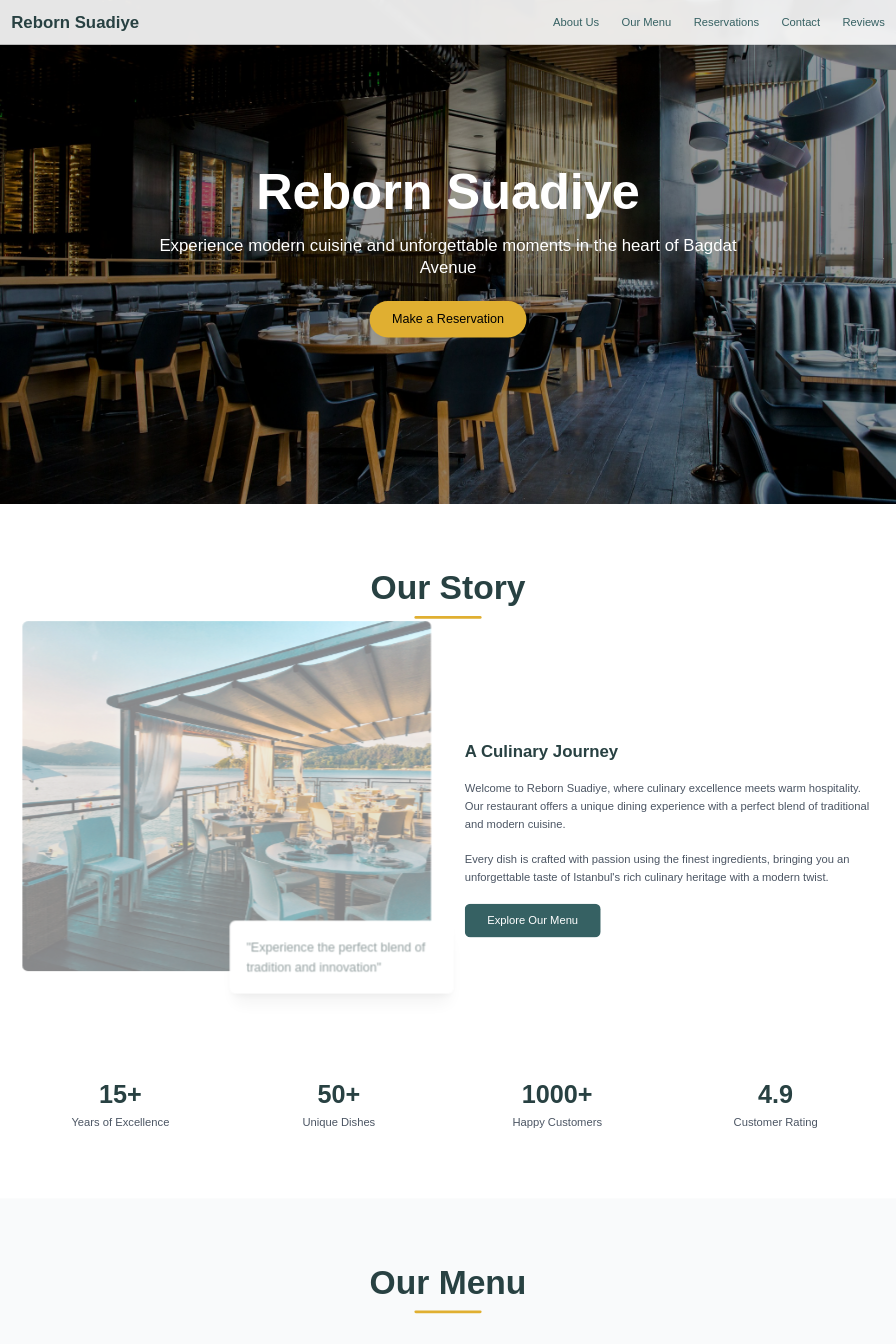
Repository: burakdemirrr/restaurant-website
Page: /
An editor plug-in stored every save of this project. The page is shown before and after the next save, followed by the edit.
The browser window is 1280 px wide. The pictures show the part of the page from y = 0 to 1920 px (the page is 7717 px tall), at 70% of full size.
The page's requests for data from a server got no answer. The project was rebuilt for these pictures with package versions that can differ from the ones it lists, and the page was loaded fresh each time. The framework's server and built-in components were replaced by stand-ins that run in the browser. No one was signed in, and anything a server would have sent is missing. Also part of the build but not shown: next.config.ts.

Above is the page before, as saved 2025-01-06 15:38:22.

### src/app/layout.tsx
import './globals.css'
import { Cormorant_Garamond } from 'next/font/google'
import MobileNav from '@/components/MobileNav'

const cormorantGaramond = Cormorant_Garamond({
  subsets: ['latin'],
  weight: ['400', '500', '600', '700'],
  display: 'swap',
  variable: '--font-cormorant',
})

export const metadata = {
  title: 'Reborn Suadiye - Modern Restaurant & Cafe',
  description: 'Experience modern cuisine and unforgettable moments in the heart of Bagdat Avenue',
}

export default function RootLayout({
  children,
}: {
  children: React.ReactNode
}) {
  return (
    <html lang="en" className={cormorantGaramond.variable}>
      <body className="bg-white">
        <header className="fixed w-full z-50 bg-white/90 backdrop-blur-sm shadow-sm">
          <div className="container mx-auto px-4">
            <div className="flex items-center justify-between h-16">
              <a href="/" className="text-2xl font-display font-bold text-primary-800">
                Reborn Suadiye
              </a>

              <MobileNav />

              <nav className="hidden sm:flex items-center space-x-8">
                <a href="#about" className="text-primary-600 hover:text-primary-800 transition-colors">
                  About Us
                </a>
                <a href="#menu" className="text-primary-600 hover:text-primary-800 transition-colors">
                  Our Menu
                </a>
                <a href="#reservations" className="text-primary-600 hover:text-primary-800 transition-colors">
                  Reservations
                </a>
                <a href="#contact" className="text-primary-600 hover:text-primary-800 transition-colors">
                  Contact
                </a>
                <a href="#reviews" className="text-primary-600 hover:text-primary-800 transition-colors">
                  Reviews
                </a>
              </nav>
            </div>
          </div>
        </header>

        <main>{children}</main>

        <footer className="bg-primary-900 text-white py-12">
          <div className="container mx-auto px-4">
            <div className="grid grid-cols-1 md:grid-cols-3 gap-8">
              <div>
                <h3 className="text-xl font-display font-semibold mb-4">Visit Us</h3>
                <p className="text-gray-300">Bagdat Avenue, Suadiye</p>
                <p className="text-gray-300">Istanbul, Turkey</p>
              </div>
              <div>
                <h3 className="text-xl font-display font-semibold mb-4">Hours</h3>
                <p className="text-gray-300">Monday - Sunday</p>
                <p className="text-gray-300">9:00 AM - 11:00 PM</p>
              </div>
              <div>
                <h3 className="text-xl font-display font-semibold mb-4">Contact</h3>
                <p className="text-gray-300">Phone: +90 216 XXX XX XX</p>
                <a
                  href="https://instagram.com/reborn.suadiye"
                  target="_blank"
                  rel="noopener noreferrer"
                  className="text-gray-300 hover:text-gold-400 transition-colors"
                >
                  Follow us on Instagram
                </a>
              </div>
            </div>
            <div className="mt-8 pt-8 border-t border-primary-800 text-center text-gray-400">
              <p>&copy; {new Date().getFullYear()} Reborn Suadiye. All rights reserved.</p>
            </div>
          </div>
        </footer>
      </body>
    </html>
  )
}

### src/components/MobileNav.tsx
'use client'

import React, { useState } from 'react'
import { FaBars, FaTimes } from 'react-icons/fa'

export default function MobileNav() {
  const [isOpen, setIsOpen] = useState(false)

  const toggleMenu = () => {
    setIsOpen(!isOpen)
  }

  return (
    <div className="sm:hidden">
      <button
        onClick={toggleMenu}
        className="p-2 text-primary-600 hover:text-primary-800 transition-colors focus:outline-none"
        aria-label="Toggle menu"
      >
        {isOpen ? <FaTimes size={24} /> : <FaBars size={24} />}
      </button>

      {isOpen && (
        <div className="fixed inset-0 z-50 bg-white">
          <div className="flex flex-col h-full">
            <div className="flex justify-between items-center p-4 border-b border-gray-100">
              <span className="text-2xl font-display font-bold text-primary-800">
                Reborn Suadiye
              </span>
              <button
                onClick={toggleMenu}
                className="p-2 text-primary-600 hover:text-primary-800 transition-colors focus:outline-none"
                aria-label="Close menu"
              >
                <FaTimes size={24} />
              </button>
            </div>

            <nav className="flex-1 px-4 py-8">
              <div className="flex flex-col space-y-6">
                <a
                  href="#about"
                  className="text-lg text-primary-600 hover:text-primary-800 transition-colors animate-slide-up"
                  style={{ animationDelay: '0.1s' }}
                  onClick={toggleMenu}
                >
                  About Us
                </a>
                <a
                  href="#menu"
                  className="text-lg text-primary-600 hover:text-primary-800 transition-colors animate-slide-up"
                  style={{ animationDelay: '0.2s' }}
                  onClick={toggleMenu}
                >
                  Our Menu
                </a>
                <a
                  href="#reservations"
                  className="text-lg text-primary-600 hover:text-primary-800 transition-colors animate-slide-up"
                  style={{ animationDelay: '0.3s' }}
                  onClick={toggleMenu}
                >
                  Reservations
                </a>
                <a
                  href="#contact"
                  className="text-lg text-primary-600 hover:text-primary-800 transition-colors animate-slide-up"
                  style={{ animationDelay: '0.4s' }}
                  onClick={toggleMenu}
                >
                  Contact
                </a>
                <a
                  href="#reviews"
                  className="text-lg text-primary-600 hover:text-primary-800 transition-colors animate-slide-up"
                  style={{ animationDelay: '0.5s' }}
                  onClick={toggleMenu}
                >
                  Reviews
                </a>
              </div>
            </nav>

            <div className="p-4 border-t border-gray-100 animate-slide-up" style={{ animationDelay: '0.6s' }}>
              <a
                href="https://instagram.com/reborn.suadiye"
                target="_blank"
                rel="noopener noreferrer"
                className="flex items-center justify-center space-x-2 text-primary-600 hover:text-primary-800 transition-colors"
                onClick={toggleMenu}
              >
                <span>Follow us on Instagram</span>
              </a>
            </div>
          </div>
        </div>
      )}
    </div>
  )
}

### src/components/Hero.tsx
'use client'

import { motion } from 'framer-motion'
import Image from 'next/image'

export default function Hero() {
  return (
    <section className="relative h-screen w-full overflow-hidden">
      {/* Background Image */}
      <div className="absolute inset-0">
        <Image
          src="/images/hero-bg.jpg"
          alt="Reborn Suadiye Restaurant"
          fill
          className="object-cover brightness-[0.85]"
          priority
        />
      </div>

      {/* Content Overlay */}
      <div className="absolute inset-0 bg-black/30">
        <div className="container mx-auto h-full flex flex-col justify-center items-center text-center px-4">
          <motion.div
            initial={{ opacity: 0, y: 20 }}
            animate={{ opacity: 1, y: 0 }}
            transition={{ duration: 0.8, ease: "easeOut" }}
            className="text-white max-w-4xl"
          >
            <h1 className="text-5xl md:text-7xl font-display font-semibold mb-6">
              Reborn Suadiye
            </h1>
            <p className="text-xl md:text-2xl font-light mb-8 leading-relaxed">
              Experience modern cuisine and unforgettable moments in the heart of Bagdat Avenue
            </p>
            <motion.a
              href="#reservation"
              initial={{ opacity: 0 }}
              animate={{ opacity: 1 }}
              transition={{ delay: 0.5, duration: 0.5 }}
              className="inline-block bg-gold-400 text-black px-8 py-3 rounded-full text-lg font-medium hover:bg-gold-300 transition-colors duration-300"
            >
              Make a Reservation
            </motion.a>
          </motion.div>
        </div>
      </div>
    </section>
  )
}

### src/components/GoogleReviews.tsx
import React from 'react'
import { FaStar, FaStarHalf } from 'react-icons/fa'

interface Review {
  id: number
  author: string
  rating: number
  text: string
  date: string
}

const reviews: Review[] = [
  {
    id: 1,
    author: 'Mehmet Y.',
    rating: 5,
    text: 'Bağdat Caddesinin en güzel mekanlarından biri. Kahvaltısı özellikle muhteşem, her şey çok taze ve lezzetli. Serpme kahvaltıda sunulan reçeller ev yapımı. Personel çok ilgili ve güler yüzlü.',
    date: '2024-01-15'
  },
  {
    id: 2,
    author: 'Ayşe K.',
    rating: 5,
    text: 'San Sebastian cheesecake için bile gidilir! Brunch menüsü çok zengin, özellikle avokado toast favorim. Manzara ve ambiyans harika, rezervasyon yaptırmayı unutmayın.',
    date: '2024-01-10'
  },
  {
    id: 3,
    author: 'Can S.',
    rating: 5,
    text: 'Akşam yemeği için tercih ettik ve çok memnun kaldık. Izgara levrek ve risotto muhteşemdi. Tatlılar da bir o kadar başarılı. Kesinlikle tekrar geleceğiz.',
    date: '2024-01-05'
  }
]

function RatingStars({ rating }: { rating: number }) {
  const fullStars = Math.floor(rating)
  const hasHalfStar = rating % 1 !== 0

  return (
    <div className="flex text-gold-400">
      {[...Array(fullStars)].map((_, i) => (
        <FaStar key={i} className="transform hover:scale-125 transition-transform duration-300" />
      ))}
      {hasHalfStar && <FaStarHalf className="transform hover:scale-125 transition-transform duration-300" />}
    </div>
  )
}

export default function GoogleReviews() {
  return (
    <div className="grid grid-cols-1 md:grid-cols-2 lg:grid-cols-3 gap-8">
      {reviews.map((review, index) => (
        <div
          key={review.id}
          className="bg-white p-8 rounded-lg shadow-lg hover:shadow-xl transition-all duration-500 transform hover:-translate-y-2 animate-scale-up relative overflow-hidden"
          style={{ animationDelay: `${index * 0.2}s` }}
        >
          <div className="flex items-center justify-between mb-4">
            <h3 className="text-2xl font-semibold font-display text-primary-900">{review.author}</h3>
            <RatingStars rating={review.rating} />
          </div>
          <div className="relative min-h-[120px]">
            <p className="text-gray-600 italic leading-relaxed text-lg font-light">
              "{review.text}"
            </p>
          </div>
          <div className="mt-6 flex items-center justify-between">
            <p className="text-sm text-gold-600 font-medium">
              {new Date(review.date).toLocaleDateString('tr-TR', {
                year: 'numeric',
                month: 'long',
                day: 'numeric'
              })}
            </p>
            <div className="flex items-center text-primary-600">
              <span className="text-sm">Google Review</span>
              <svg className="w-4 h-4 ml-1" viewBox="0 0 24 24" fill="currentColor">
                <path d="M12 2C6.48 2 2 6.48 2 12s4.48 10 10 10 10-4.48 10-10S17.52 2 12 2zm0 18c-4.41 0-8-3.59-8-8s3.59-8 8-8 8 3.59 8 8-3.59 8-8 8zm-1-13h2v6h-2zm0 8h2v2h-2z"/>
              </svg>
            </div>
          </div>
          <div className="absolute top-0 right-0 w-32 h-32 bg-primary-50 rounded-bl-full -z-10 transform rotate-in opacity-50"
               style={{ animationDelay: `${index * 0.2 + 0.3}s` }} />
          <div className="absolute bottom-0 left-0 w-24 h-24 bg-gold-50 rounded-tr-full -z-10 transform rotate-in opacity-50"
               style={{ animationDelay: `${index * 0.2 + 0.4}s` }} />
        </div>
      ))}
    </div>
  )
}

### tailwind.config.ts
import type { Config } from "tailwindcss";

const config: Config = {
  content: [
    "./src/pages/**/*.{js,ts,jsx,tsx,mdx}",
    "./src/components/**/*.{js,ts,jsx,tsx,mdx}",
    "./src/app/**/*.{js,ts,jsx,tsx,mdx}",
  ],
  theme: {
    extend: {
      colors: {
        primary: {
          50: '#f4f9f9',
          100: '#dcedee',
          200: '#bcd8d9',
          300: '#8ebabb',
          400: '#649798',
          500: '#45787a',
          600: '#366163',
          700: '#2d4f51',
          800: '#284142',
          900: '#233738',
        },
        gold: {
          50: '#fbf7e4',
          100: '#f5ecbb',
          200: '#eed88d',
          300: '#e7c35f',
          400: '#e0af31',
          500: '#c99a2a',
          600: '#9d7720',
          700: '#725618',
          800: '#463510',
          900: '#1b1408',
        }
      },
      fontFamily: {
        display: ['var(--font-playfair)'],
        sans: ['var(--font-montserrat)'],
      },
      animation: {
        'fade-in': 'fadeIn 0.8s ease-out',
        'slide-up': 'slideUp 0.8s ease-out',
        'slide-down': 'slideDown 0.5s ease-out',
        'scale-up': 'scaleUp 0.5s ease-out',
        'bounce-in': 'bounceIn 0.8s cubic-bezier(0.36, 0, 0.66, -0.56)',
        'rotate-in': 'rotateIn 0.8s ease-out',
      },
      keyframes: {
        fadeIn: {
          '0%': { opacity: '0' },
          '100%': { opacity: '1' },
        },
        slideUp: {
          '0%': { transform: 'translateY(30px)', opacity: '0' },
          '100%': { transform: 'translateY(0)', opacity: '1' },
        },
        slideDown: {
          '0%': { transform: 'translateY(-30px)', opacity: '0' },
          '100%': { transform: 'translateY(0)', opacity: '1' },
        },
        scaleUp: {
          '0%': { transform: 'scale(0.8)', opacity: '0' },
          '100%': { transform: 'scale(1)', opacity: '1' },
        },
        bounceIn: {
          '0%': { transform: 'scale(0.3)', opacity: '0' },
          '50%': { transform: 'scale(1.05)' },
          '70%': { transform: 'scale(0.9)' },
          '100%': { transform: 'scale(1)', opacity: '1' },
        },
        rotateIn: {
          '0%': { transform: 'rotate(-180deg) scale(0)', opacity: '0' },
          '100%': { transform: 'rotate(0) scale(1)', opacity: '1' },
        },
      },
    },
  },
  plugins: [
    require('@tailwindcss/forms'),
  ],
};

export default config;

Loaded but not shown: src/app/globals.css (common file); src/components/ReservationForm.tsx (240 lines, source omitted); src/components/Menu.tsx (194 lines, source omitted); src/app/page.tsx (167 lines, source omitted); src/components/About.tsx (125 lines, source omitted)

After the next save:
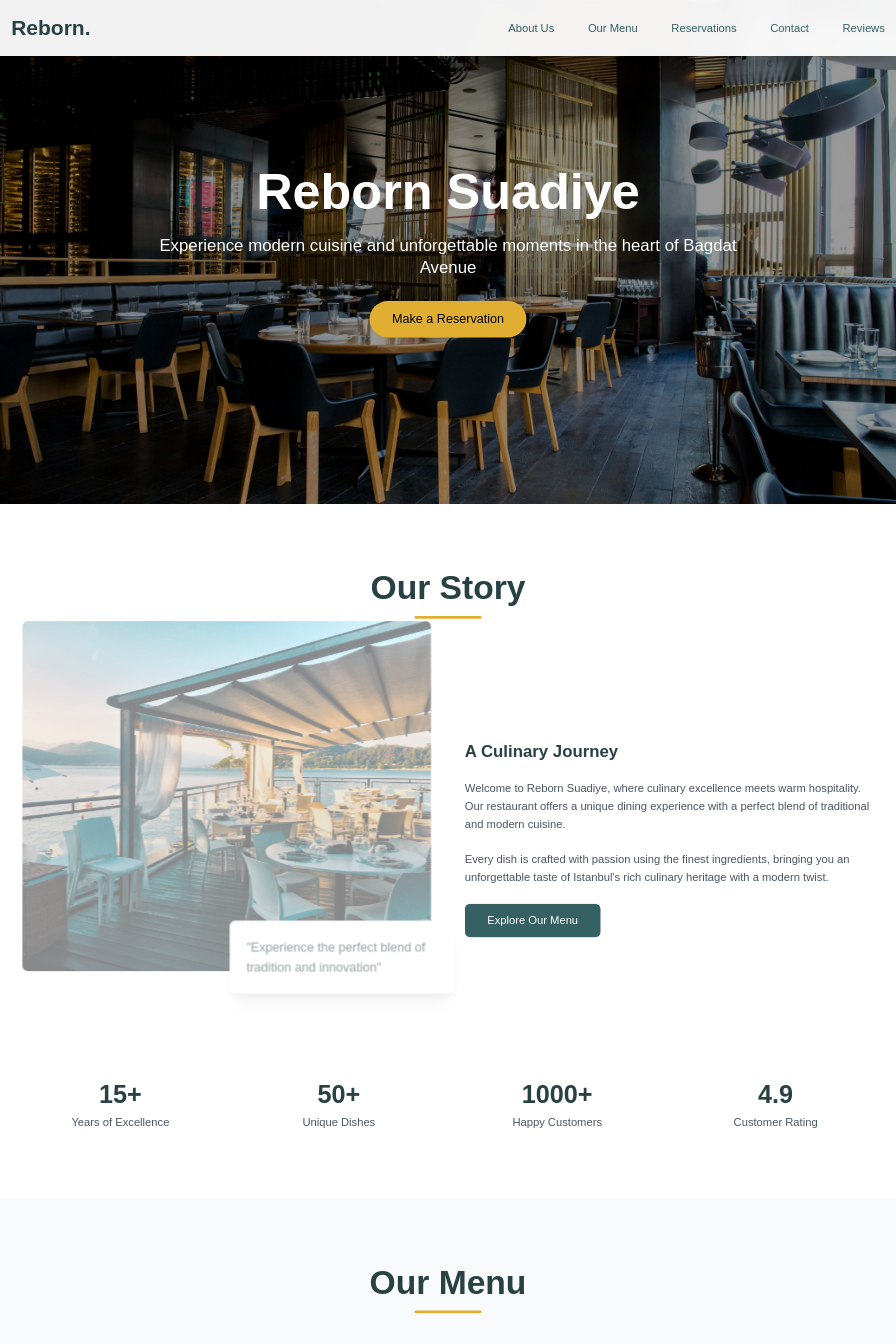
Saved 60 s later.
--- a/src/app/layout.tsx
+++ b/src/app/layout.tsx
@@ -22,30 +22,53 @@ export default function RootLayout({
   return (
     <html lang="en" className={cormorantGaramond.variable}>
       <body className="bg-white">
-        <header className="fixed w-full z-50 bg-white/90 backdrop-blur-sm shadow-sm">
+        <header className="fixed w-full z-50 bg-white/95 backdrop-blur-md shadow-lg transition-all duration-300">
           <div className="container mx-auto px-4">
-            <div className="flex items-center justify-between h-16">
-              <a href="/" className="text-2xl font-display font-bold text-primary-800">
-                Reborn Suadiye
+            <div className="flex items-center justify-between h-20">
+              <a
+                href="/"
+                className="text-3xl font-display font-bold text-primary-800 hover:text-primary-900 transition-all duration-300 transform hover:scale-105"
+              >
+                Reborn.
               </a>
 
               <MobileNav />
 
-              <nav className="hidden sm:flex items-center space-x-8">
-                <a href="#about" className="text-primary-600 hover:text-primary-800 transition-colors">
+              <nav className="hidden sm:flex items-center space-x-12">
+                <a
+                  href="#about"
+                  className="text-primary-600 hover:text-primary-800 transition-all duration-300 hover:scale-105 relative group"
+                >
                   About Us
+                  <span className="absolute bottom-0 left-0 w-0 h-0.5 bg-primary-600 transition-all duration-300 group-hover:w-full"></span>
                 </a>
-                <a href="#menu" className="text-primary-600 hover:text-primary-800 transition-colors">
+                <a
+                  href="#menu"
+                  className="text-primary-600 hover:text-primary-800 transition-all duration-300 hover:scale-105 relative group"
+                >
                   Our Menu
+                  <span className="absolute bottom-0 left-0 w-0 h-0.5 bg-primary-600 transition-all duration-300 group-hover:w-full"></span>
                 </a>
-                <a href="#reservations" className="text-primary-600 hover:text-primary-800 transition-colors">
+                <a
+                  href="#reservations"
+                  className="text-primary-600 hover:text-primary-800 transition-all duration-300 hover:scale-105 relative group"
+                >
                   Reservations
+                  <span className="absolute bottom-0 left-0 w-0 h-0.5 bg-primary-600 transition-all duration-300 group-hover:w-full"></span>
                 </a>
-                <a href="#contact" className="text-primary-600 hover:text-primary-800 transition-colors">
+                <a
+                  href="#contact"
+                  className="text-primary-600 hover:text-primary-800 transition-all duration-300 hover:scale-105 relative group"
+                >
                   Contact
+                  <span className="absolute bottom-0 left-0 w-0 h-0.5 bg-primary-600 transition-all duration-300 group-hover:w-full"></span>
                 </a>
-                <a href="#reviews" className="text-primary-600 hover:text-primary-800 transition-colors">
+                <a
+                  href="#reviews"
+                  className="text-primary-600 hover:text-primary-800 transition-all duration-300 hover:scale-105 relative group"
+                >
                   Reviews
+                  <span className="absolute bottom-0 left-0 w-0 h-0.5 bg-primary-600 transition-all duration-300 group-hover:w-full"></span>
                 </a>
               </nav>
             </div>
